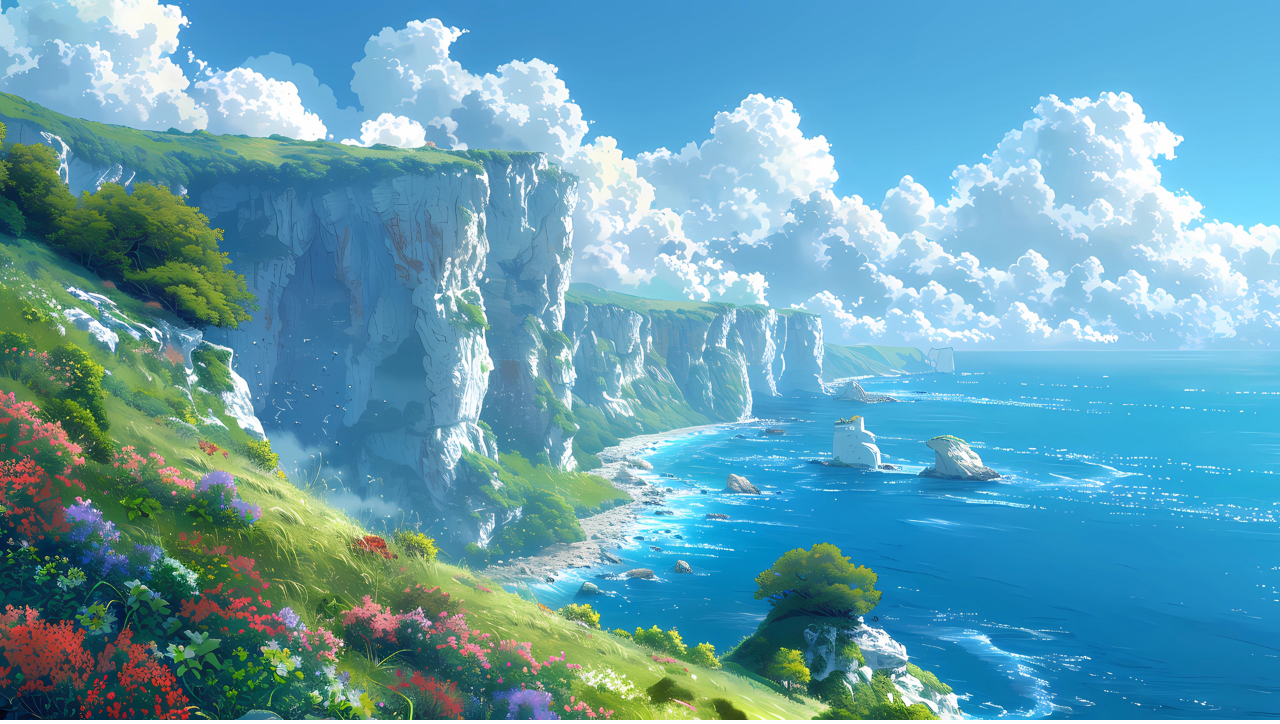
Repository: taoxiaofeng/hello-javascript
Page: master-class/position.html
These files come from the project's save history. The page is drawn as it stood at one moment and after the next save; the edit follows.
The browser window is 1280 px wide. The pictures show the whole page.

Above is the page before, as saved 2024-07-29 21:55:08.

After the next save:
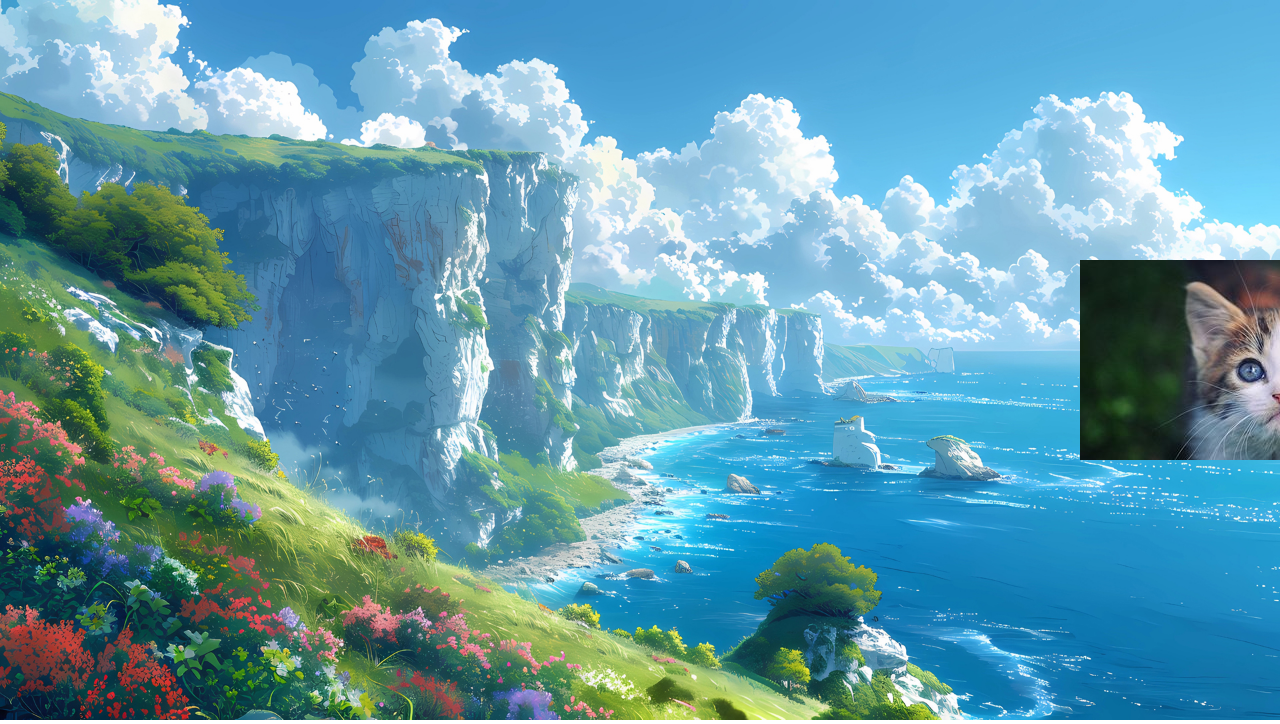
Saved 66 s later.
--- a/master-class/position.html
+++ b/master-class/position.html
@@ -43,8 +43,9 @@
       width: 200px;
       height: 200px;
       position: fixed;
+      top: 50%;
       right: 0;
-
+      margin-top: -100px;
       background: url('./images/cat.jpg') no-repeat;
     }
 
